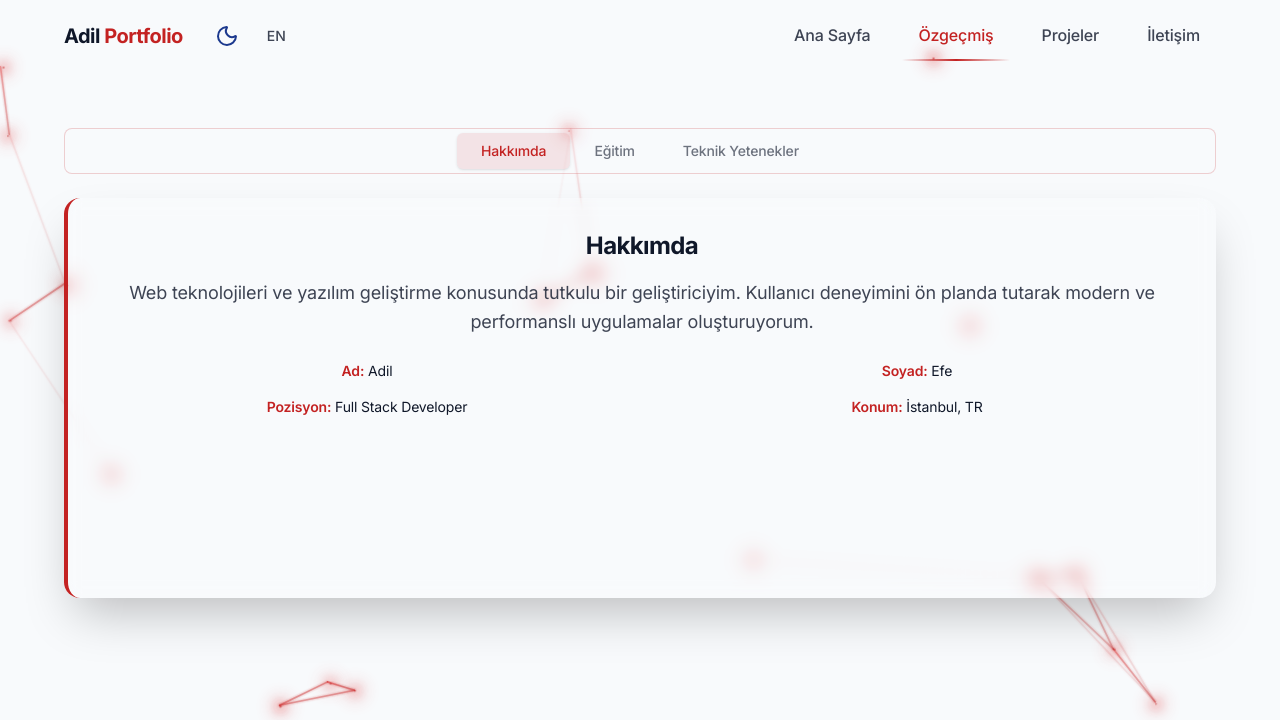
Repository: jusiann/personal-portfolio
Page: /tr/resume (app in my-portfolio/)
The author's editor kept a copy of each file at every save. The page is drawn from the files as they stood at one save, then again after the next save.
The browser window is 1280 px wide. The pictures show the whole page.
The project was rebuilt for these pictures with package versions that can differ from the ones it lists, and the page was loaded fresh each time. Also part of the build but not shown: my-portfolio/vite.config.js, my-portfolio/src/components/HomeImage.jsx, my-portfolio/src/components/SocialLinks.jsx, my-portfolio/src/components/HomeCard.jsx, my-portfolio/src/pages/Home.jsx, my-portfolio/src/pages/Projects.jsx, my-portfolio/src/pages/Contact.jsx, my-portfolio/src/pages/NotFound.jsx.

Above is the page before, as saved 2025-11-20 20:38:09.

After the next save:
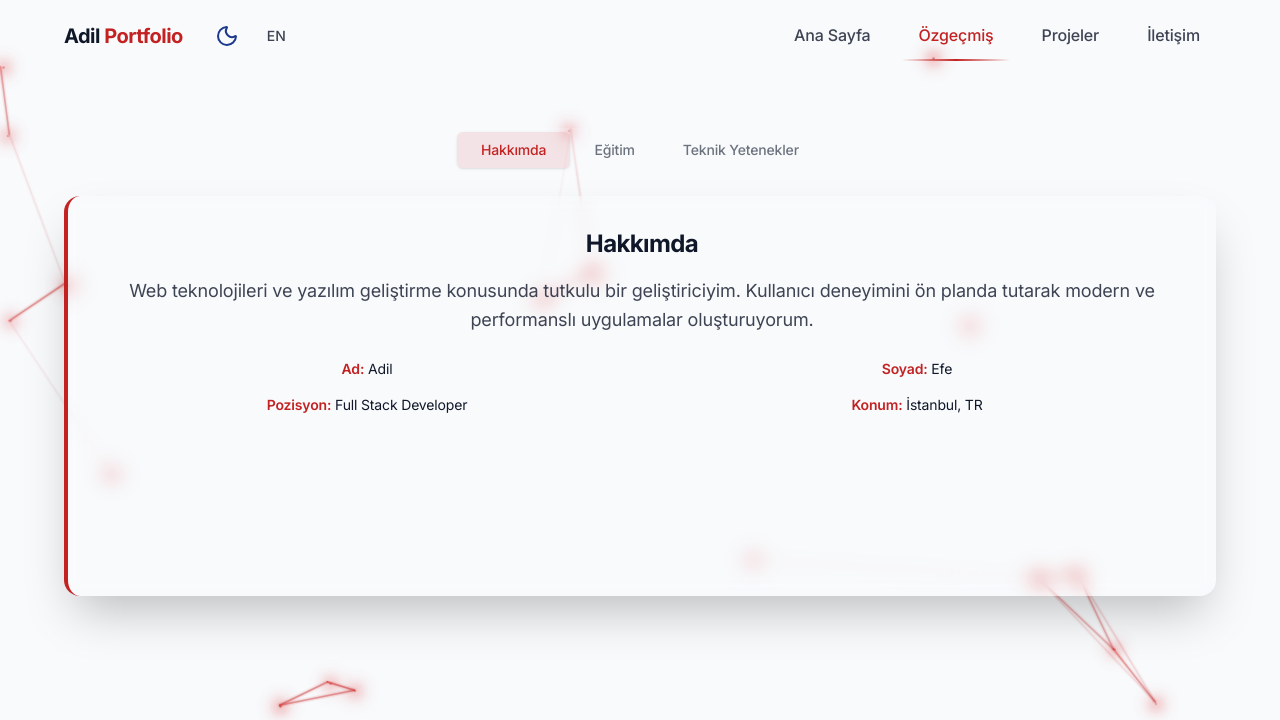
Saved 40 s later.
--- a/my-portfolio/src/components/ResumeCard.jsx
+++ b/my-portfolio/src/components/ResumeCard.jsx
@@ -151,7 +151,7 @@ export const ResumeCard = () => {
             <div className="w-full max-w-6xl">
                 {/* Tab Navigation */}
                 <div className="mb-6 animate-fade-in">
-                    <div className="flex overflow-x-auto justify-center bg-background/20 backdrop-blur-sm rounded-lg border border-primary/20 p-1">
+                    <div className="flex overflow-x-auto justify-center bg-background/20 backdrop-blur-sm rounded-lg p-1">
                         {tabs.map((tab, index) => (
                             <button
                                 key={tab.id}
